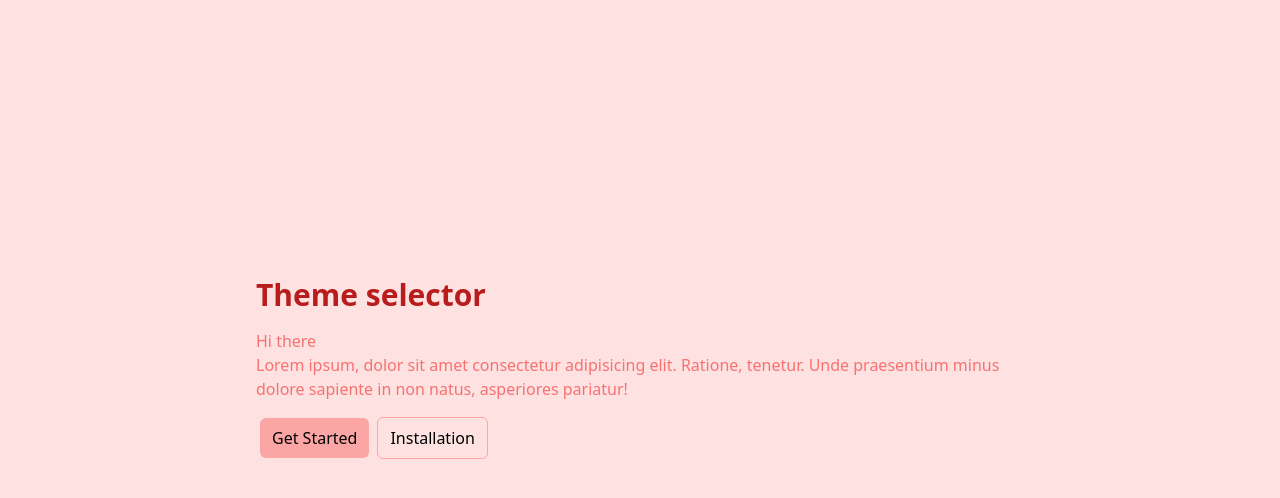
Repository: prince-bansal/tailwind-theme-switcher
Page: /
The author's editor kept a copy of each file at every save. The page is drawn from the files as they stood at one save, then again after the next save.
The browser window is 1280 px wide. The pictures show the whole page.
The project was rebuilt for these pictures with package versions that can differ from the ones it lists, and the page was loaded fresh each time. Also part of the build but not shown: vite.config.ts, src/App.css.

Above is the page before, as saved 2024-03-17 19:10:20.

After the next save:
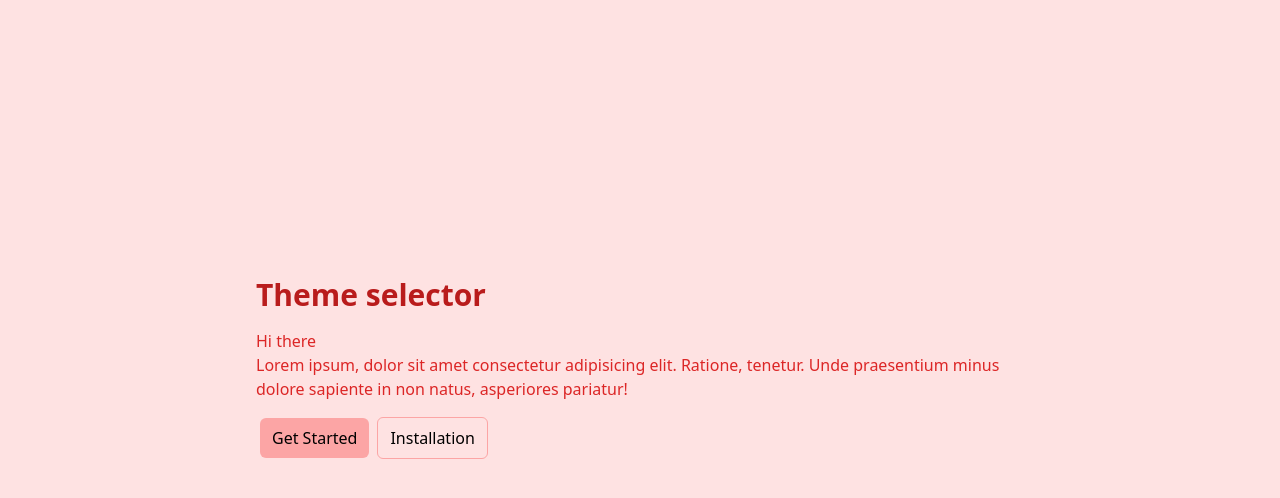
Saved 5 s later.
--- a/src/App.tsx
+++ b/src/App.tsx
@@ -6,8 +6,8 @@ function App() {
     <div className="bg-red-100 min-h-screen flex items-center justify-center">
       <div className="w-[60%] m-auto">
         <h1 className="text-3xl text-red-700 my-4 font-bold">Theme selector</h1>
-        <p className="text-red-400">Hi there</p>
-        <p className="text-red-400">
+        <p className="text-red-600">Hi there</p>
+        <p className="text-red-600">
           Lorem ipsum, dolor sit amet consectetur adipisicing elit. Ratione,
           tenetur. Unde praesentium minus dolore sapiente in non natus,
           asperiores pariatur!
